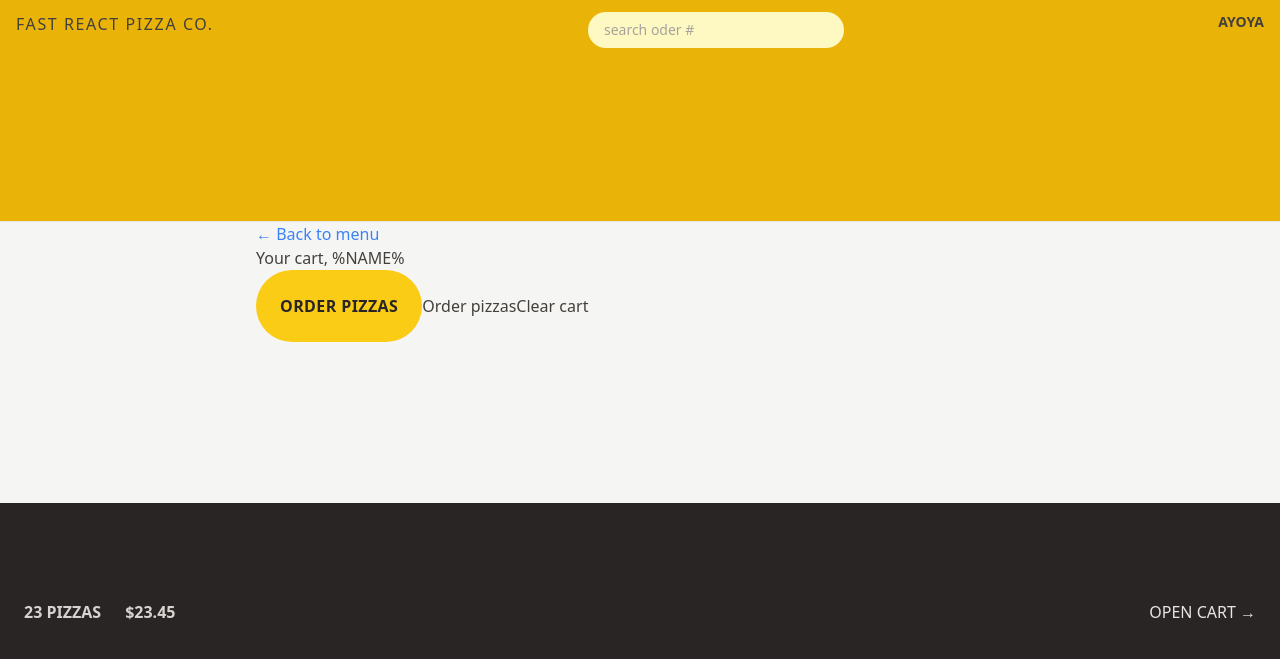
Repository: ayakhaled0001/pizza-delivery
Page: /cart
These files come from the project's save history. The page is drawn as it stood at one moment and after the next save; the edit follows.
The browser window is 1280 px wide. The pictures show the whole page.
The project was rebuilt for these pictures with package versions that can differ from the ones it lists, and the page was loaded fresh each time. Also part of the build but not shown: vite.config.js, src/features/user/CreateUser.jsx, src/ui/Home.jsx, src/services/apiRestaurant.jsx, src/utilities/helpers.jsx, src/features/menu/MenuItem.jsx, src/features/menu/Menu.jsx, src/features/order/Order.jsx and 2 more. Imported but missing from the stored project, and not drawn on this page: src/features/order/CreateOrder.

Above is the page before, as saved 2025-05-01 04:52:32.

After the next save:
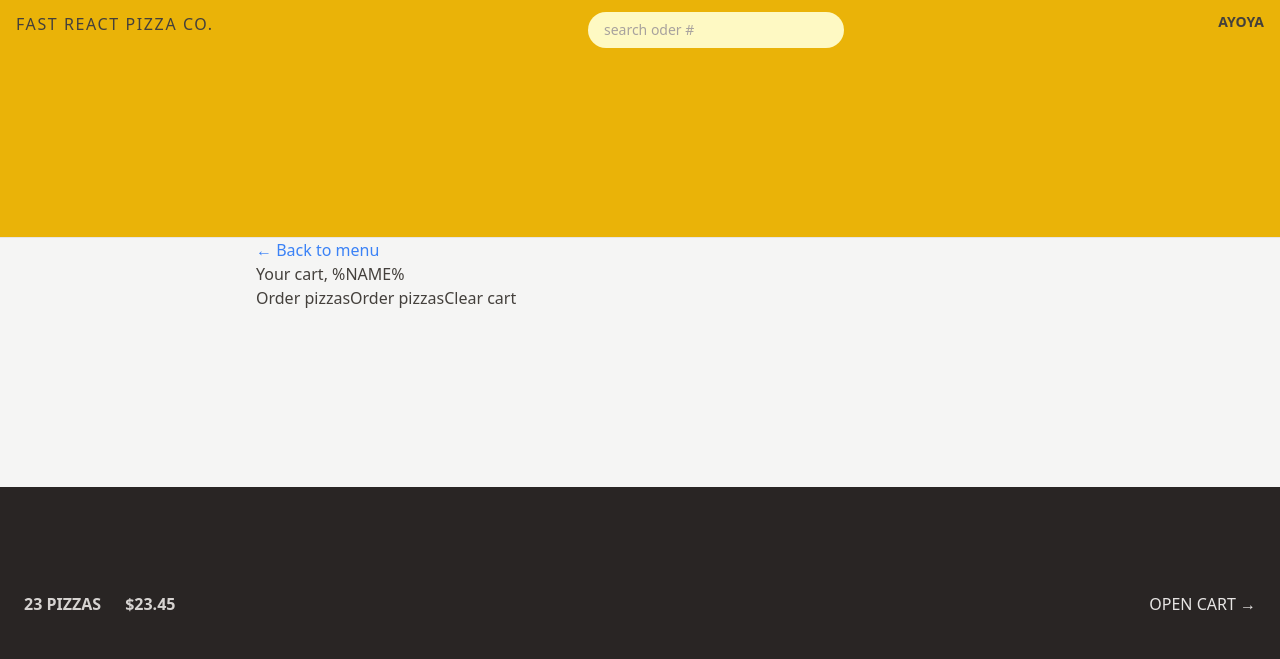
Saved 92 s later.
--- a/src/ui/Button.jsx
+++ b/src/ui/Button.jsx
@@ -1,4 +1,7 @@
-function Button({ disabled, children }) {
+import { Link } from "react-router-dom";
+
+function Button({ disabled, children, to }) {
+  if (to) return <Link to={to}>{children}</Link>;
   return (
     <button
       disabled={disabled}
